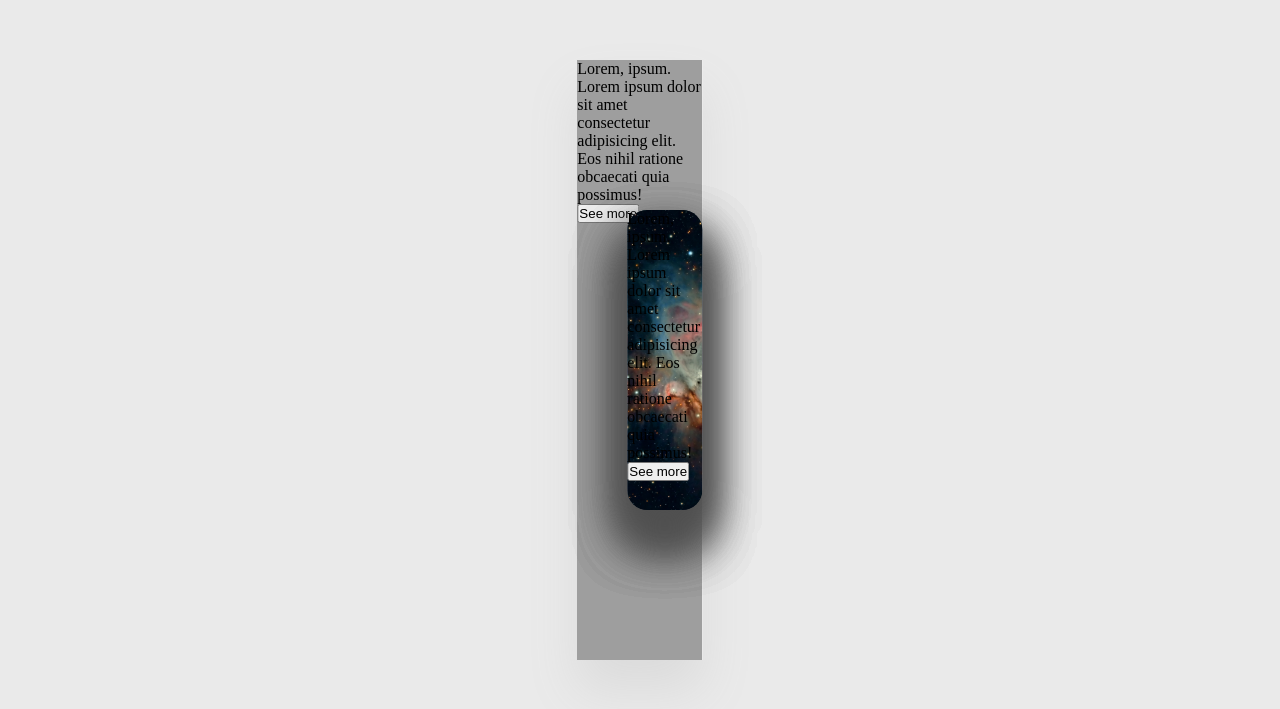
Repository: zeinawady/-Image-Slider-Project
Page: index.html
The author's editor kept a copy of each file at every save. The page is drawn from the files as they stood at one save, then again after the next save.
The browser window is 1280 px wide. The pictures show the whole page.
Pictures or frames that could not be fetched are drawn as grey boxes.

Above is the page before, as saved 2024-09-19 16:28:56.

After the next save:
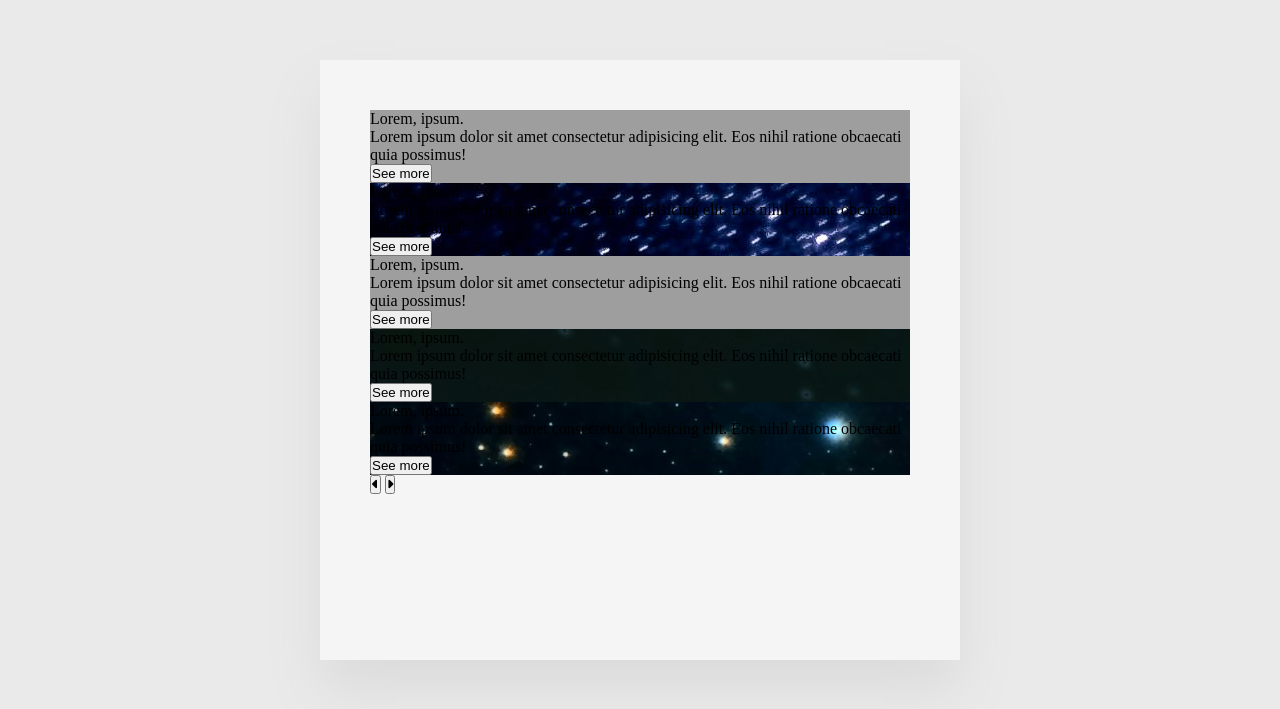
Saved 4 s later.
--- a/css/style.css
+++ b/css/style.css
@@ -18,7 +18,7 @@
     background-color: #f5f5f5;
     box-shadow: 0 30px 50px #dbdbdb;
 }
-
+/*
 #slide{
     width: max-content;
     margin-top: 50px;
@@ -46,4 +46,4 @@
     width: 100%;
     height: 100%;
     box-shadow: none;
-}
+} */

After the 3 saves that followed:
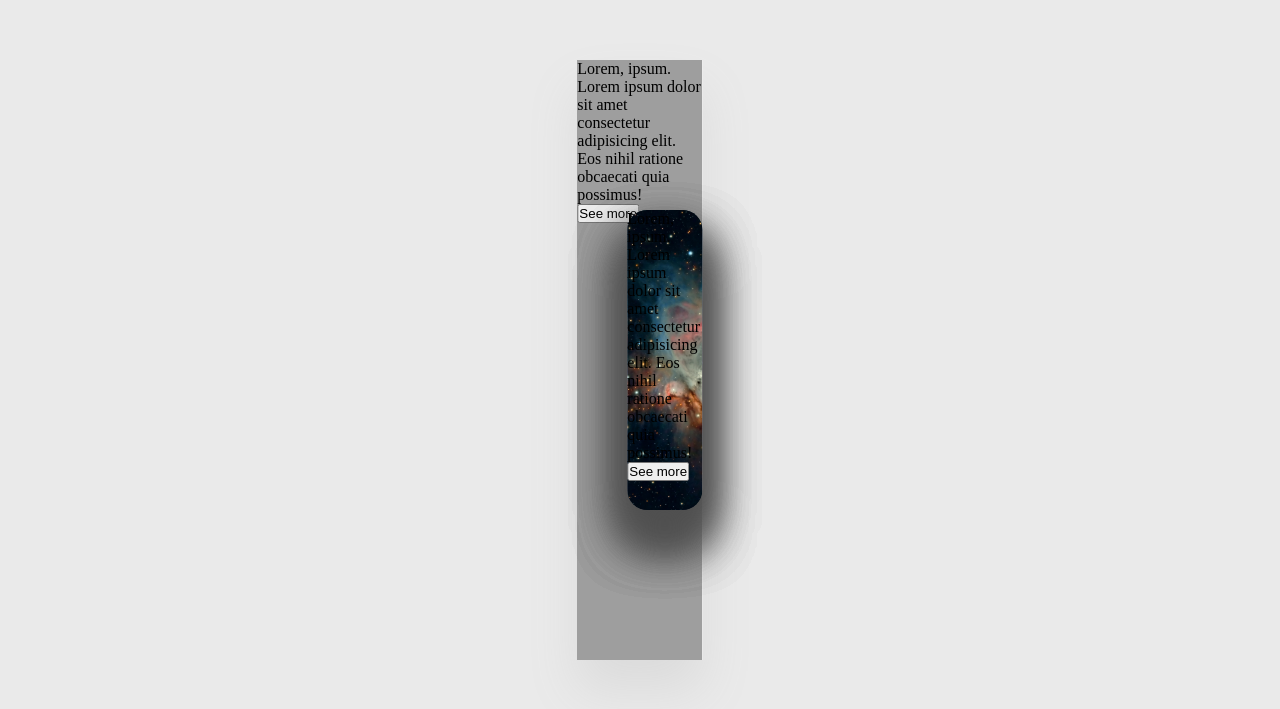
The 3 saves are shown as one change because 1 left the picture as it was and some came seconds apart.
The last was saved 34 s later.
--- a/css/style.css
+++ b/css/style.css
@@ -18,7 +18,7 @@
     background-color: #f5f5f5;
     box-shadow: 0 30px 50px #dbdbdb;
 }
-/*
+
 #slide{
     width: max-content;
     margin-top: 50px;
@@ -46,4 +46,4 @@
     width: 100%;
     height: 100%;
     box-shadow: none;
-} */
+}
